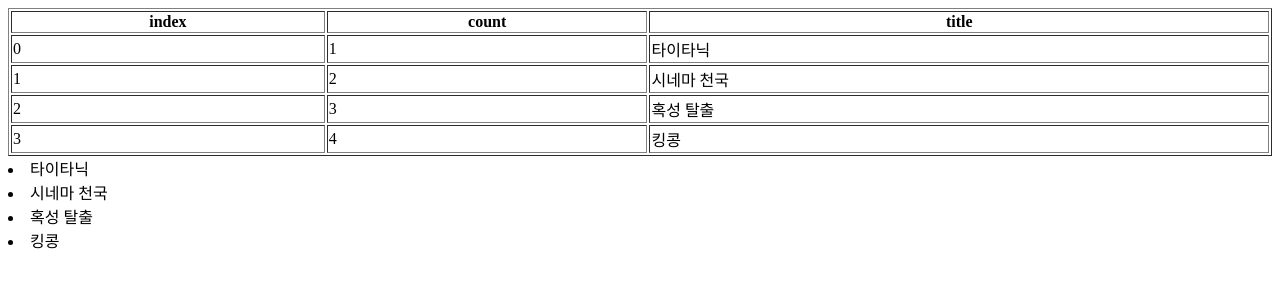
Repository: o3orr/jsp_study
Page: http://localhost/web-study-07/14_moveList.jsp
The author's editor kept a copy of each file at every save. The page is drawn from the files as they stood at one save, then again after the next save.
The browser window is 1280 px wide. The pictures show the whole page.
The page is served by Tomcat 9.

Above is the page before, as saved 2024-03-05 02:01:54.

### web-study-07/src/main/webapp/14_moveList.jsp
<%@ page language="java" contentType="text/html; charset=UTF-8"
    pageEncoding="UTF-8"%>
<%@ taglib prefix="c" uri="http://java.sun.com/jsp/jstl/core" %>
<%@ taglib prefix="fmt" uri="http://java.sun.com/jsp/jstl/fmt" %>
<!DOCTYPE html>
<html>
<head>
<meta charset="UTF-8">
<title>Insert title here</title>
</head>
<body>
<%
	String[] movieList = {"타이타닉", "시네마 천국", "혹성 탈출", "킹콩"};
	pageContext.setAttribute("movieList2", movieList);

%>

<table border="1" style="width: 100%; text-aling: center">
	<tr>
		<th>index</th>
		<th>count</th>
		<th>title</th>
	</tr>

	<c:forEach items="${movieList2}" var="movie" varStatus="status">
	<tr>
		<td>${status.index}</td> <!-- status는 자동생성 -->
		<td>${status.count}</td>
		<td>${movie}</td>
	</tr>
	</c:forEach>
</table>

	<c:forEach var="movie" items="${movieList2 }" varStatus="status">
		<c:choose>
			<c:when test="${status.first }">
				<li styel="font-weight: bold; color: red;">${movie}</li>
			</c:when>
			<c:otherwise>
				<li>${movie}</li>
			</c:otherwise>
		</c:choose>
	</c:forEach>
</body>
</html>

After the next save:
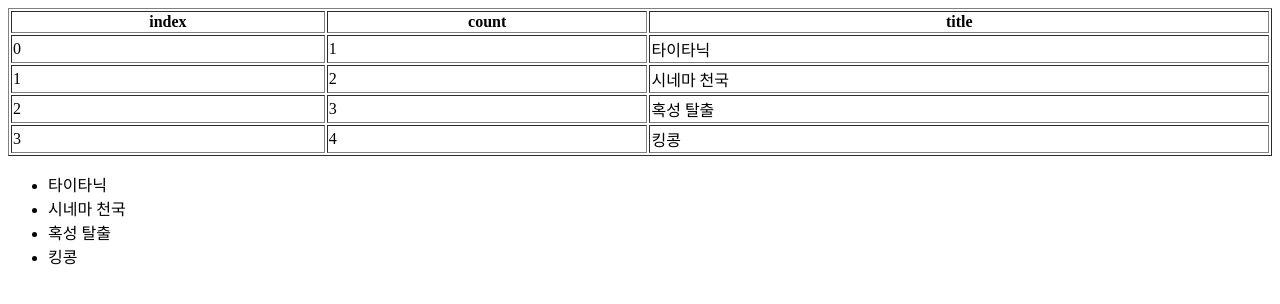
Saved 17 s later.
--- a/web-study-07/src/main/webapp/14_moveList.jsp
+++ b/web-study-07/src/main/webapp/14_moveList.jsp
@@ -31,6 +31,7 @@
 	</c:forEach>
 </table>
 
+	<ul>
 	<c:forEach var="movie" items="${movieList2 }" varStatus="status">
 		<c:choose>
 			<c:when test="${status.first }">
@@ -41,5 +42,6 @@
 			</c:otherwise>
 		</c:choose>
 	</c:forEach>
+	</ul>
 </body>
 </html>
